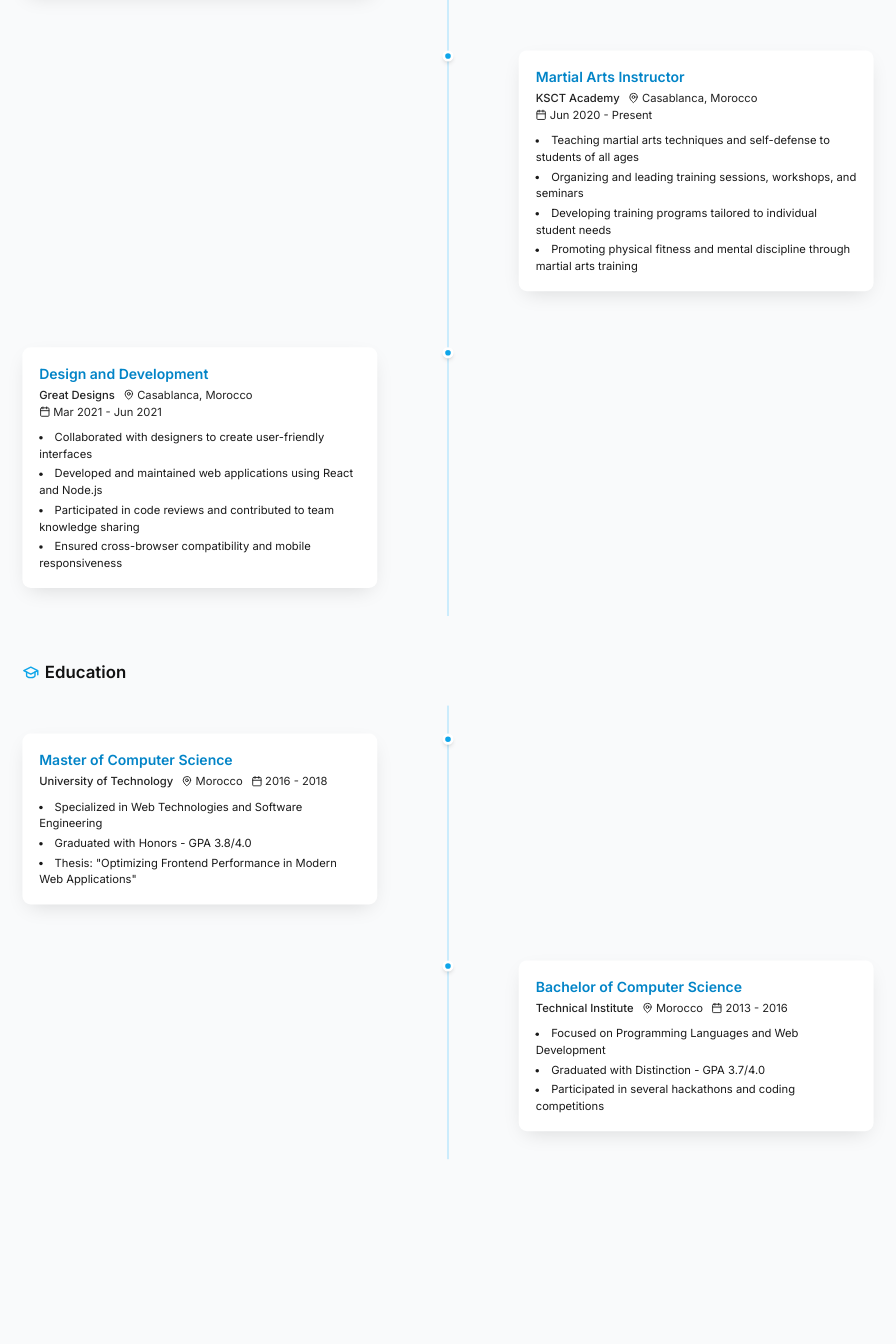
Repository: Abdelilah-Lakrim/Personal_Portfolio
Page: /
An editor plug-in stored every save of this project. The page is shown before and after the next save, followed by the edit.
The browser window is 1280 px wide. The pictures show the part of the page from y = 4580 to 6500 px (the page is 7929 px tall), at 70% of full size.
The project was rebuilt for these pictures with package versions that can differ from the ones it lists, and the page was loaded fresh each time. Also part of the build but not shown: vite.config.ts.

Above is the page before, as saved 2025-05-21 12:46:41.

### index.html
<!doctype html>
<html lang="en">
  <head>
    <meta charset="UTF-8" />
    <link rel="icon" type="image/svg+xml" href="/favicon.svg" />
    <meta name="viewport" content="width=device-width, initial-scale=1.0" />
    <meta name="description" content="Abdelilah Lakrim - Full Stack Developer Portfolio">
    <title>Abdelilah Lakrim | Full Stack Developer</title>
  </head>
  <body>
    <div id="root"></div>
    <script type="module" src="/src/main.tsx"></script>
  </body>
</html>

### src/App.tsx
import React, { useEffect, useState } from 'react';
import Header from './components/Header';
import Hero from './components/Hero';
import About from './components/About';
import Projects from './components/Projects';
import Experience from './components/Experience';
import Skills from './components/Skills';
import Contact from './components/Contact';
import Footer from './components/Footer';
import Cursor from './components/Cursor';
import ScrollToTop from './components/ScrollToTop';

// Import smooth scrolling
import Lenis from '@studio-freight/lenis';

function App() {
  const [mounted, setMounted] = useState(false);

  useEffect(() => {
    // Initialize smooth scrolling
    const lenis = new Lenis({
      duration: 1.2,
      easing: (t) => Math.min(1, 1.001 - Math.pow(2, -10 * t)),
      orientation: 'vertical',
      gestureOrientation: 'vertical',
      smoothWheel: true,
      smoothTouch: false,
      touchMultiplier: 2,
    });

    function raf(time: number) {
      lenis.raf(time);
      requestAnimationFrame(raf);
    }

    requestAnimationFrame(raf);

    // Add intersection observer for animation on scroll
    const observer = new IntersectionObserver(
      (entries) => {
        entries.forEach((entry) => {
          if (entry.isIntersecting) {
            entry.target.classList.add('animate-visible');
          }
        });
      },
      { threshold: 0.1 }
    );

    const hiddenElements = document.querySelectorAll('.animate-hidden');
    hiddenElements.forEach((el) => observer.observe(el));

    setMounted(true);

    return () => {
      // Cleanup
      hiddenElements.forEach((el) => observer.unobserve(el));
    };
  }, []);

  return (
    <div className="hidden-cursor min-h-screen bg-gray-50">
      {mounted && <Cursor />}
      <Header />
      <main>
        <Hero />
        <About />
        <Skills />
        <Projects />
        <Experience />
        <Contact />
      </main>
      <Footer />
      <ScrollToTop />
    </div>
  );
}

export default App;

### src/index.css
@import url('https://fonts.googleapis.com/css2?family=Inter:wght@300;400;500;600;700&family=Poppins:wght@500;600;700&display=swap');

@tailwind base;
@tailwind components;
@tailwind utilities;

:root {
  --cursor-color: rgba(14, 165, 233, 0.7);
}

* {
  margin: 0;
  padding: 0;
  box-sizing: border-box;
  scroll-behavior: smooth;
}

body {
  @apply bg-gray-50 text-dark-800 font-sans overflow-x-hidden;
}

/* Custom cursor styles */
.custom-cursor {
  position: fixed;
  width: 20px;
  height: 20px;
  border-radius: 50%;
  background-color: var(--cursor-color);
  transform: translate(-50%, -50%);
  pointer-events: none;
  z-index: 9999;
  mix-blend-mode: difference;
  transition: transform 0.2s ease-out, opacity 0.2s ease-out, width 0.2s ease-out, height 0.2s ease-out;
}

.custom-cursor.hover {
  width: 50px;
  height: 50px;
  opacity: 0.5;
}

.hidden-cursor {
  cursor: none;
}

/* Custom scrollbar */
::-webkit-scrollbar {
  width: 8px;
}

::-webkit-scrollbar-track {
  @apply bg-gray-100;
}

::-webkit-scrollbar-thumb {
  @apply bg-primary-500 rounded-full;
}

::-webkit-scrollbar-thumb:hover {
  @apply bg-primary-600;
}

/* Section styles */
.section-container {
  @apply max-w-7xl mx-auto px-4 sm:px-6 lg:px-8 py-20;
}

.section-title {
  @apply text-3xl md:text-4xl lg:text-5xl font-bold font-heading mb-8 text-dark-800 relative;
}

.section-title::after {
  content: '';
  @apply absolute bottom-0 left-0 w-24 h-1 bg-primary-500 mt-2 rounded-full;
}

/* Button styles */
.btn-primary {
  @apply px-6 py-3 bg-primary-500 text-white font-medium rounded-md shadow-md hover:bg-primary-600 transition-all duration-300 transform hover:-translate-y-1 focus:outline-none focus:ring-2 focus:ring-primary-400 focus:ring-opacity-50;
}

.btn-secondary {
  @apply px-6 py-3 bg-transparent border-2 border-primary-500 text-primary-500 font-medium rounded-md shadow-md hover:bg-primary-50 transition-all duration-300 transform hover:-translate-y-1 focus:outline-none focus:ring-2 focus:ring-primary-400 focus:ring-opacity-50;
}

/* 3D card effect */
.tilt-card {
  @apply relative overflow-hidden rounded-xl shadow-smooth bg-white p-6 transition-all duration-300 hover:shadow-neon;
  transform-style: preserve-3d;
  transform: perspective(1000px);
}

.skill-bar {
  @apply h-2 rounded-full bg-gray-200 overflow-hidden mt-2;
}

.skill-progress {
  @apply h-full bg-primary-500 rounded-full;
  transition: width 1.5s ease-in-out;
}

/* Animation classes */
.animate-hidden {
  opacity: 0;
  transform: translateY(30px);
}

.animate-visible {
  opacity: 1;
  transform: translateY(0);
  transition: opacity 0.8s ease, transform 0.8s ease;
}

/* Project card styles */
.project-card {
  @apply relative overflow-hidden rounded-xl shadow-smooth transition-all duration-300;
  transform-style: preserve-3d;
  transform: perspective(1000px);
}

.project-card img {
  @apply transition-all duration-500;
}

.project-card:hover img {
  @apply scale-105;
}

.project-card-content {
  @apply absolute inset-0 p-6 flex flex-col justify-end bg-gradient-to-t from-dark-900/80 to-transparent text-white opacity-0 transition-all duration-300;
}

.project-card:hover .project-card-content {
  @apply opacity-100;
}

/* Timeline styles */
.timeline-container {
  @apply relative;
}

.timeline-container::before {
  content: '';
  @apply absolute left-0 md:left-1/2 h-full w-0.5 bg-primary-200 transform md:-translate-x-1/2;
}

.timeline-item {
  @apply relative pt-10 pb-10;
}

.timeline-dot {
  @apply absolute left-0 md:left-1/2 w-4 h-4 rounded-full bg-primary-500 border-4 border-white shadow-md transform md:-translate-x-1/2 z-10;
}

.timeline-content {
  @apply ml-6 md:ml-0 md:w-5/12 p-6 bg-white rounded-xl shadow-smooth transition-all duration-300 hover:shadow-neon;
}

.timeline-item:nth-child(even) .timeline-content {
  @apply md:ml-auto md:mr-0;
}

.timeline-item:nth-child(odd) .timeline-content {
  @apply md:mr-auto md:ml-0;
}

### src/components/About.tsx
import React from 'react';
import { motion } from 'framer-motion';
import { Code, PaintBucket, Smartphone, Globe } from 'lucide-react';
import { Tilt } from 'react-tilt';

const tiltOptions = {
  max: 15,
  scale: 1.05,
  speed: 1000,
  glare: true,
  "max-glare": 0.1,
};

const About: React.FC = () => {
  const services = [
    {
      title: 'Web Development',
      icon: <Code className="w-10 h-10 text-primary-500" />,
      description:
        'Custom websites with clean code and modern frameworks. Specializing in React, Vue, and Node.js.',
    },
    {
      title: 'UI/UX Design',
      icon: <PaintBucket className="w-10 h-10 text-primary-500" />,
      description:
        'Creative designs that focus on user experience. Wireframing, prototyping, and implementing beautiful interfaces.',
    },
    {
      title: 'Mobile Development',
      icon: <Smartphone className="w-10 h-10 text-primary-500" />,
      description:
        'Native and cross-platform mobile apps for iOS and Android using React Native and Flutter.',
    },
    {
      title: 'E-Commerce Solutions',
      icon: <Globe className="w-10 h-10 text-primary-500" />,
      description:
        'Complete online shopping experiences from product catalogs to secure payment integrations.',
    },
  ];

  return (
    <section id="about" className="py-20">
      <div className="section-container">
        <motion.div
          initial={{ opacity: 0, y: 20 }}
          whileInView={{ opacity: 1, y: 0 }}
          viewport={{ once: true }}
          transition={{ duration: 0.8 }}
          className="animate-hidden"
        >
          <h2 className="section-title">About Me</h2>
          <div className="grid grid-cols-1 lg:grid-cols-2 gap-12 items-center">
            {/* About content */}
            <div>
              <p className="text-lg text-dark-700 mb-6">
                Hi there! I'm <span className="font-semibold text-primary-600">Abdelilah Lakrim</span>, a passionate Full Stack Developer based in Morocco with over 3 years of experience in creating beautiful, functional, and user-centered digital experiences.
              </p>
              <p className="text-lg text-dark-700 mb-6">
                With a strong foundation in both front-end and back-end technologies, I enjoy bringing ideas to life in the browser. My approach combines clean code, intuitive design, and performance optimization to deliver exceptional digital experiences.
              </p>
              <p className="text-lg text-dark-700 mb-8">
                When I'm not coding, you'll find me exploring new technologies, contributing to open-source projects, or enjoying nature. I'm always open to new challenges and opportunities to grow.
              </p>

              {/* Personal details */}
              <div className="grid grid-cols-1 md:grid-cols-2 gap-y-4 gap-x-8 mb-8">
                <div>
                  <h3 className="text-dark-800 font-semiboldi">Name:</h3>
                  <p>Abdelilah Lakrim</p>
                </div>
                <div>
                  <h3 className="text-dark-800 font-semibold">Email:</h3>
                  <p>lakrimabdelilah@gmail.com</p>
                </div>
                <div>
                  <h3 className="text-dark-800 font-semibold">Location:</h3>
                  <p>Casablanca, Morocco</p>
                </div>
                <div>
                  <h3 className="text-dark-800 font-semibold">Availability:</h3>
                  <p>Available for freelance</p>
                </div>
              </div>

              <a href="/abdelilah-lakrim-resume.pdf" className="btn-primary">
                Download Resume
              </a>
            </div>

            {/* Services */}
            <div className="grid grid-cols-1 sm:grid-cols-2 gap-4">
              {services.map((service, index) => (
                <Tilt key={index} options={tiltOptions}>
                  <div className="tilt-card h-full">
                    <div className="mb-4">{service.icon}</div>
                    <h3 className="text-xl font-semibold text-dark-800 mb-2">
                      {service.title}
                    </h3>
                    <p className="text-dark-600">{service.description}</p>
                  </div>
                </Tilt>
              ))}
            </div>
          </div>
        </motion.div>
      </div>
    </section>
  );
};

export default About;

### src/components/Experience.tsx
import React from 'react';
import { motion } from 'framer-motion';
import { Calendar, MapPin, Briefcase } from 'lucide-react';

interface ExperienceItem {
  id: number;
  position: string;
  company: string;
  location: string;
  duration: string;
  description: string[];
}

const Experience: React.FC = () => {
  const experiences: ExperienceItem[] = [
    {
      id: 1,
      position: 'Full Stack Web Developer',
      company: 'LeBahutdesEntrepreneurs.',
      location: 'Paris, France . Remote ',
      duration: 'apr 2025 - Present',
      description: [
        'Building and maintaining responsive web applications',
        'Implemented modern UI/UX designs using React, TypeScript, and Tailwind CSS',
        'Reduced page load time by 40% through code optimization and lazy loading techniques',
        'Integrated third-party APIs and services to extend application functionality',
      ],
    },
    {
      id: 2,
      position: 'Martial Arts Instructor',
      company: 'KSCT Academy',
      location: 'Casablanca, Morocco',
      duration: 'Jun 2020 - Present',
      description: [
        'Teaching martial arts techniques and self-defense to students of all ages',
        'Organizing and leading training sessions, workshops, and seminars',
        'Developing training programs tailored to individual student needs',
        'Promoting physical fitness and mental discipline through martial arts training',
      ],
    },
    {
      id: 3,
      position: 'Design and Development',
      company: 'Great Designs',
      location: 'Casablanca, Morocco',
      duration: 'Mar 2021 - Jun 2021',
      description: [
        'Collaborated with designers to create user-friendly interfaces',
        'Developed and maintained web applications using React and Node.js',
        'Participated in code reviews and contributed to team knowledge sharing',
        'Ensured cross-browser compatibility and mobile responsiveness',
      ],
    },

  ];

  const education = [
    {
      id: 1,
      degree: 'Master of Computer Science',
      institution: 'University of Technology',
      location: 'Morocco',
      duration: '2016 - 2018',
      description: [
        'Specialized in Web Technologies and Software Engineering',
        'Graduated with Honors - GPA 3.8/4.0',
        'Thesis: "Optimizing Frontend Performance in Modern Web Applications"',
      ],
    },
    {
      id: 2,
      degree: 'Bachelor of Computer Science',
      institution: 'Technical Institute',
      location: 'Morocco',
      duration: '2013 - 2016',
      description: [
        'Focused on Programming Languages and Web Development',
        'Graduated with Distinction - GPA 3.7/4.0',
        'Participated in several hackathons and coding competitions',
      ],
    },
  ];

  return (
    <section id="experience" className="py-20 bg-gray-50">
      <div className="section-container">
        <h2 className="section-title">Experience & Education</h2>

        {/* Work Experience */}
        <div className="mb-16">
          <h3 className="text-2xl font-semibold text-dark-800 mb-8 flex items-center">
            <Briefcase className="w-6 h-6 mr-2 text-primary-500" />
            Work Experience
          </h3>

          <div className="timeline-container">
            {experiences.map((exp, index) => (
              <motion.div
                key={exp.id}
                className="timeline-item"
                initial={{ opacity: 0, y: 50 }}
                whileInView={{ opacity: 1, y: 0 }}
                viewport={{ once: true, margin: "-100px" }}
                transition={{ duration: 0.5, delay: index * 0.1 }}
              >
                <div className="timeline-dot"></div>
                <div className="timeline-content">
                  <h4 className="text-xl font-semibold text-primary-600">{exp.position}</h4>
                  <div className="flex flex-wrap items-center text-dark-600 mt-1 mb-3">
                    <span className="font-medium mr-3">{exp.company}</span>
                    <span className="flex items-center mr-3">
                      <MapPin className="w-4 h-4 mr-1" />
                      {exp.location}
                    </span>
                    <span className="flex items-center">
                      <Calendar className="w-4 h-4 mr-1" />
                      {exp.duration}
                    </span>
                  </div>
                  <ul className="list-disc list-inside text-dark-700 space-y-1">
                    {exp.description.map((item, i) => (
                      <li key={i}>{item}</li>
                    ))}
                  </ul>
                </div>
              </motion.div>
            ))}
          </div>
        </div>

        {/* Education */}
        <div>
          <h3 className="text-2xl font-semibold text-dark-800 mb-8 flex items-center">
            <svg
              xmlns="http://www.w3.org/2000/svg"
              className="w-6 h-6 mr-2 text-primary-500"
              viewBox="0 0 24 24"
              fill="none"
              stroke="currentColor"
              strokeWidth="2"
              strokeLinecap="round"
              strokeLinejoin="round"
            >
              <path d="M22 10v6M2 10l10-5 10 5-10 5z"/>
              <path d="M6 12v5c0 2 2 3 6 3s6-1 6-3v-5"/>
            </svg>
            Education
          </h3>

          <div className="timeline-container">
            {education.map((edu, index) => (
              <motion.div
                key={edu.id}
                className="timeline-item"
                initial={{ opacity: 0, y: 50 }}
                whileInView={{ opacity: 1, y: 0 }}
                viewport={{ once: true, margin: "-100px" }}
                transition={{ duration: 0.5, delay: index * 0.1 }}
              >
                <div className="timeline-dot"></div>
                <div className="timeline-content">
                  <h4 className="text-xl font-semibold text-primary-600">{edu.degree}</h4>
                  <div className="flex flex-wrap items-center text-dark-600 mt-1 mb-3">
                    <span className="font-medium mr-3">{edu.institution}</span>
                    <span className="flex items-center mr-3">
                      <MapPin className="w-4 h-4 mr-1" />
                      {edu.location}
                    </span>
                    <span className="flex items-center">
                      <Calendar className="w-4 h-4 mr-1" />
                      {edu.duration}
                    </span>
                  </div>
                  <ul className="list-disc list-inside text-dark-700 space-y-1">
                    {edu.description.map((item, i) => (
                      <li key={i}>{item}</li>
                    ))}
                  </ul>
                </div>
              </motion.div>
            ))}
          </div>
        </div>
      </div>
    </section>
  );
};

export default Experience;

### src/components/Cursor.tsx
import React, { useEffect, useState } from 'react';

const Cursor: React.FC = () => {
  const [position, setPosition] = useState({ x: 0, y: 0 });
  const [hidden, setHidden] = useState(false);
  const [clicked, setClicked] = useState(false);
  const [hovering, setHovering] = useState(false);

  useEffect(() => {
    const updatePosition = (e: MouseEvent) => {
      setPosition({ x: e.clientX, y: e.clientY });
    };

    const handleMouseEnter = () => setHidden(false);
    const handleMouseLeave = () => setHidden(true);
    const handleMouseDown = () => setClicked(true);
    const handleMouseUp = () => setClicked(false);

    const handleLinkHover = () => setHovering(true);
    const handleLinkLeave = () => setHovering(false);

    // Add event listeners
    window.addEventListener('mousemove', updatePosition);
    document.body.addEventListener('mouseenter', handleMouseEnter);
    document.body.addEventListener('mouseleave', handleMouseLeave);
    window.addEventListener('mousedown', handleMouseDown);
    window.addEventListener('mouseup', handleMouseUp);

    // Add hover effect for links and buttons
    const interactiveElements = document.querySelectorAll('a, button, .tilt-card, .project-card');
    interactiveElements.forEach(el => {
      el.addEventListener('mouseenter', handleLinkHover);
      el.addEventListener('mouseleave', handleLinkLeave);
    });

    return () => {
      window.removeEventListener('mousemove', updatePosition);
      document.body.removeEventListener('mouseenter', handleMouseEnter);
      document.body.removeEventListener('mouseleave', handleMouseLeave);
      window.removeEventListener('mousedown', handleMouseDown);
      window.removeEventListener('mouseup', handleMouseUp);

      interactiveElements.forEach(el => {
        el.removeEventListener('mouseenter', handleLinkHover);
        el.removeEventListener('mouseleave', handleLinkLeave);
      });
    };
  }, []);

  const cursorStyle = {
    left: `${position.x}px`,
    top: `${position.y}px`,
    transform: `translate(-50%, -50%) scale(${clicked ? 0.8 : 1})`,
    opacity: hidden ? 0 : 1,
  };

  const cursorClass = `custom-cursor ${hovering ? 'hover' : ''}`;

  return <div className={cursorClass} style={cursorStyle}></div>;
};

export default Cursor;

### src/components/ScrollToTop.tsx
import React, { useEffect, useState } from 'react';
import { ArrowUp } from 'lucide-react';

const ScrollToTop: React.FC = () => {
  const [isVisible, setIsVisible] = useState(false);

  useEffect(() => {
    const toggleVisibility = () => {
      if (window.scrollY > 500) {
        setIsVisible(true);
      } else {
        setIsVisible(false);
      }
    };

    window.addEventListener('scroll', toggleVisibility);

    return () => window.removeEventListener('scroll', toggleVisibility);
  }, []);

  const scrollToTop = () => {
    window.scrollTo({
      top: 0,
      behavior: 'smooth',
    });
  };

  return (
    <button
      onClick={scrollToTop}
      className={`fixed bottom-8 right-8 p-3 rounded-full bg-primary-500 text-white shadow-lg hover:bg-primary-600 transition-all duration-300 z-50 ${
        isVisible ? 'opacity-100 translate-y-0' : 'opacity-0 translate-y-10 pointer-events-none'
      }`}
      aria-label="Scroll to top"
    >
      <ArrowUp className="w-6 h-6" />
    </button>
  );
};

export default ScrollToTop;

Loaded but not shown: src/main.tsx (common file); tailwind.config.js (95 lines, source omitted); src/components/Projects.tsx (249 lines, source omitted); src/components/Contact.tsx (241 lines, source omitted); src/components/Hero.tsx (178 lines, source omitted); src/components/Footer.tsx (154 lines, source omitted); src/components/Skills.tsx (161 lines, source omitted); src/components/Header.tsx (145 lines, source omitted)

After the next save:
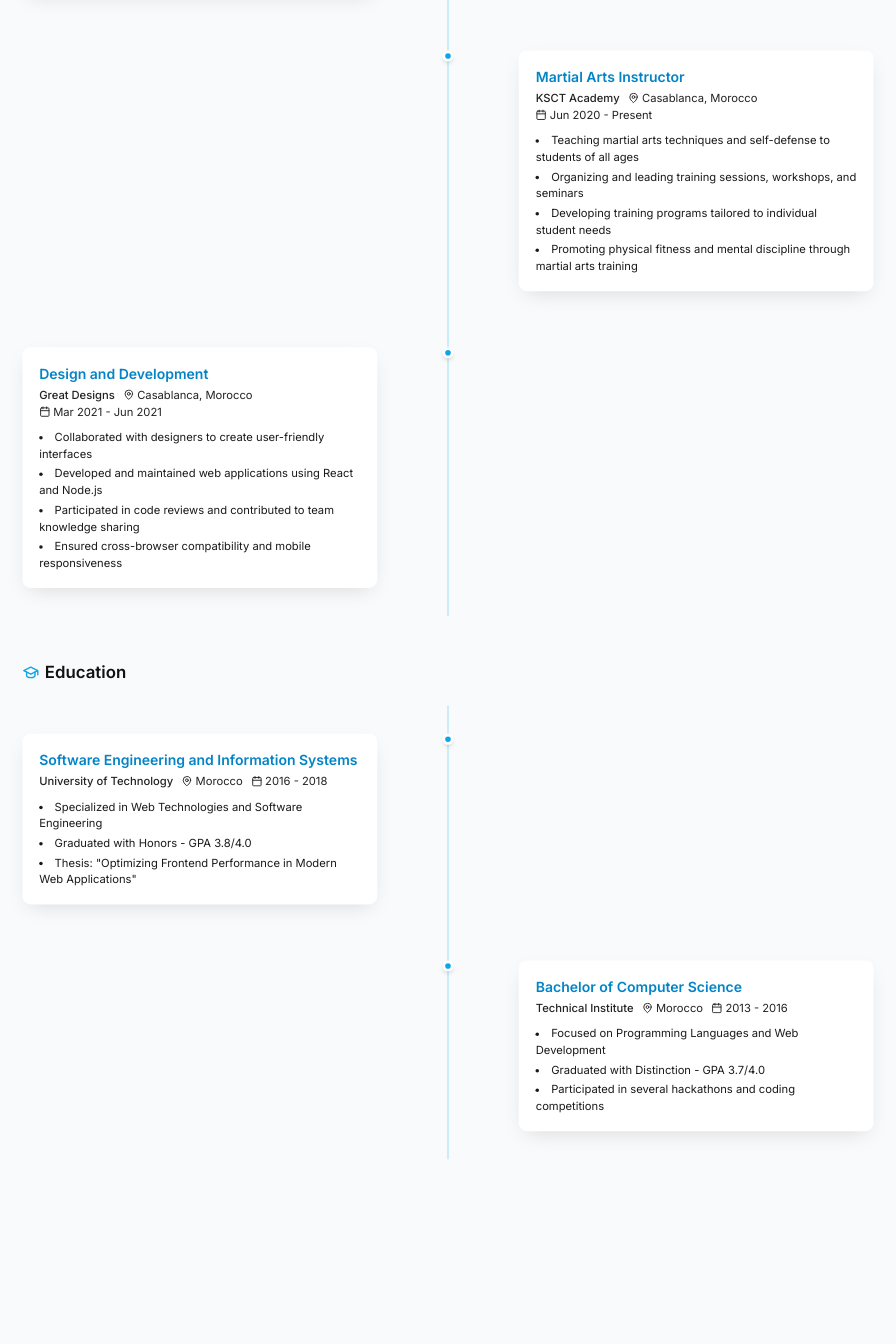
Saved 101 s later.
--- a/src/components/Experience.tsx
+++ b/src/components/Experience.tsx
@@ -58,7 +58,7 @@ const Experience: React.FC = () => {
   const education = [
     {
       id: 1,
-      degree: 'Master of Computer Science',
+      degree: 'Software Engineering and Information Systems',
       institution: 'University of Technology',
       location: 'Morocco',
       duration: '2016 - 2018',
